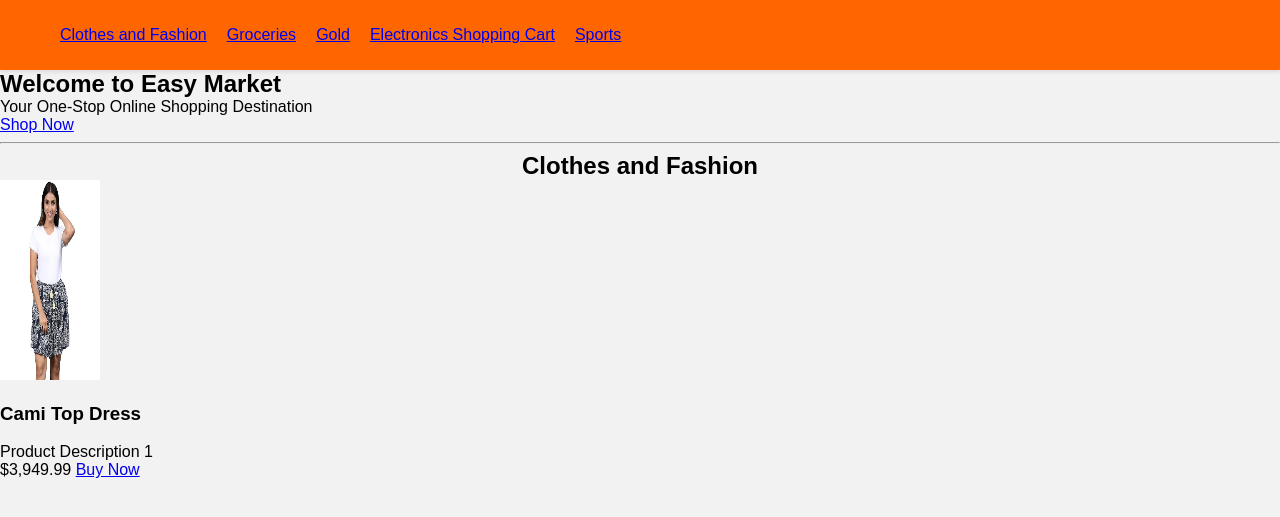
Repository: Maheshbabur789/BookStore
Page: http://localhost/OnlineMarketing/ownWeb.jsp
An editor plug-in stored every save of this project. The page is shown before and after the next save, followed by the edit.
The browser window is 1280 px wide. The pictures show the whole page.
The page is served by Tomcat 9.

Above is the page before, as saved 2024-11-07 12:27:12.

After the next save:
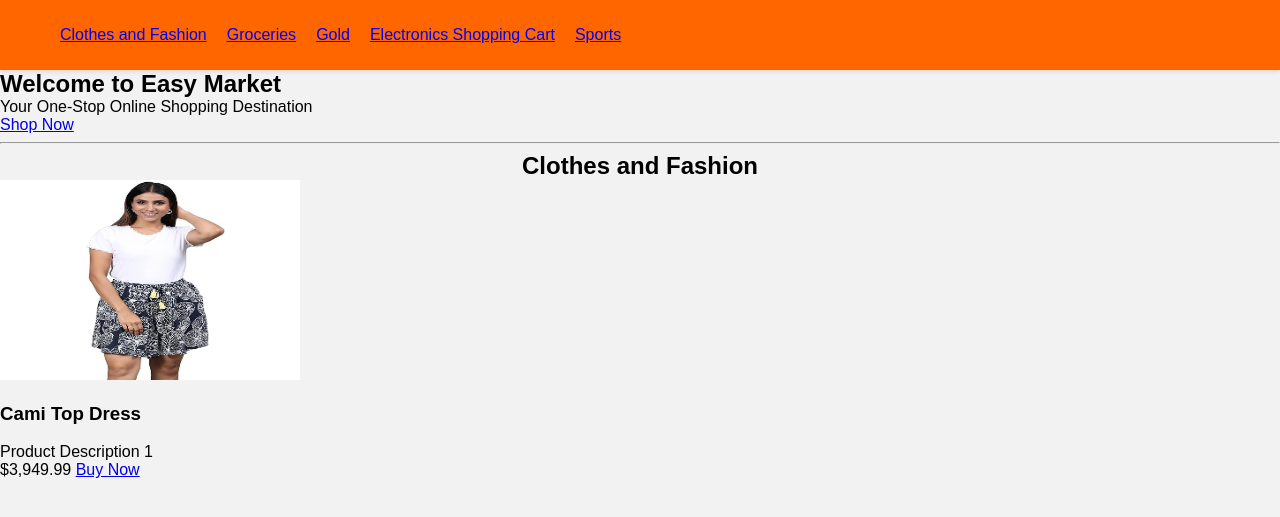
Saved 10 s later.
--- a/MyLabs/OnlineMarketing/src/main/webapp/ownWeb.jsp
+++ b/MyLabs/OnlineMarketing/src/main/webapp/ownWeb.jsp
@@ -86,7 +86,7 @@
     <section id="products" class="products" style="display: flex;">
 
     <div class="product-card highlights">
-			    <img src="Cami-Top.jpg" alt="Sample Image" width="100" height="200" alt="Product 1">
+			    <img src="Cami-Top.jpg" alt="Sample Image" width="300" height="200" alt="Product 1">
 			    <h3>Cami Top Dress</h3>
 			    <p>Product Description 1</p>
 			    <span class="price">$3,949.99</span>
